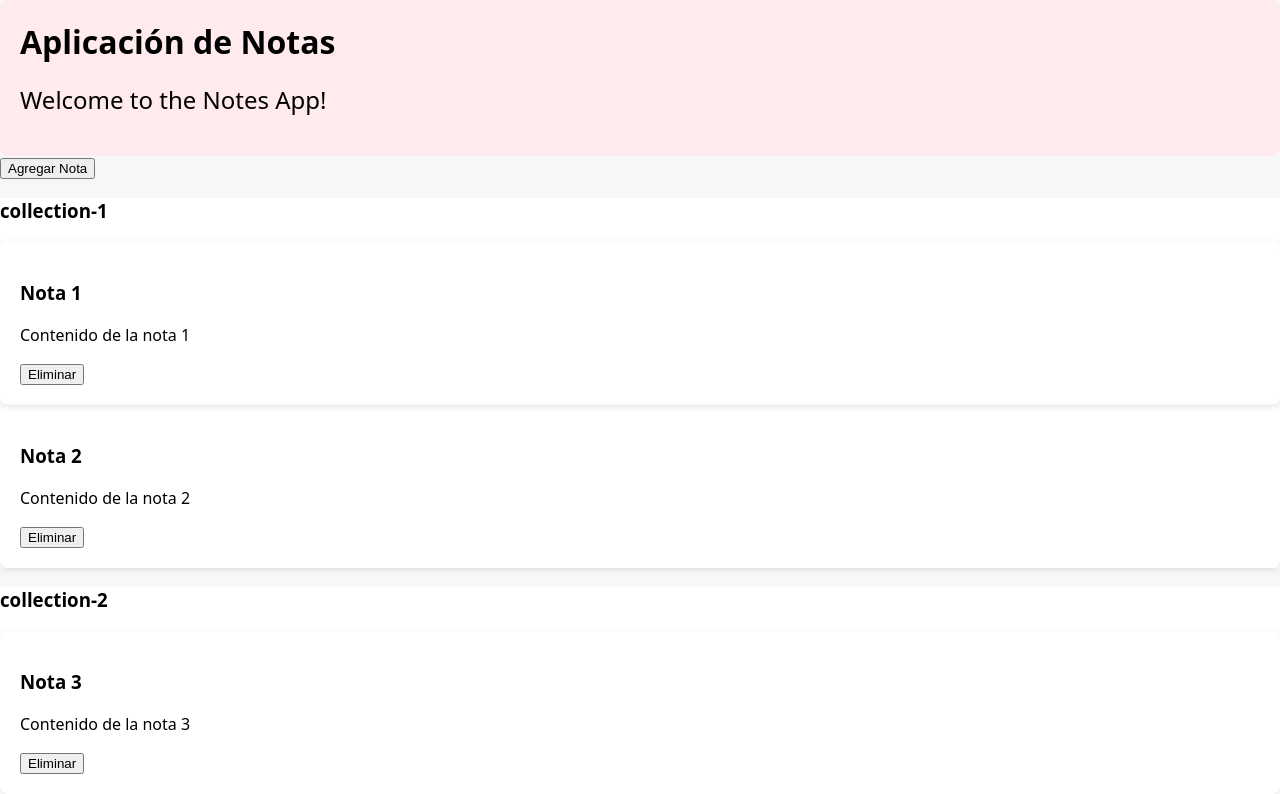
Repository: xunxuno/aplicacion_web_notas
Page: / (app in notas_web_app/)
An editor plug-in stored every save of this project. The page is shown before and after the next save, followed by the edit.
The browser window is 1280 px wide. The pictures show the whole page.
The project was rebuilt for these pictures with package versions that can differ from the ones it lists, and the page was loaded fresh each time. Also part of the build but not shown: notas_web_app/vite.config.ts, notas_web_app/src/components/NoteModal.tsx.

Above is the page before, as saved 2024-10-02 09:52:24.

### notas_web_app/src/main.tsx
import React from 'react';
import ReactDOM from 'react-dom/client'; // Cambiado a ReactDOM para el nuevo root API
import App from './App';
import { NotesProvider } from './contexts/NotesContext';

ReactDOM.createRoot(document.getElementById('root')!).render(
  <React.StrictMode>
    <NotesProvider>
      <App />
    </NotesProvider>
  </React.StrictMode>,
);

### notas_web_app/src/App.tsx
import React, { useState, useContext } from 'react';
import { NotesProvider, NotesContext } from './contexts/NotesContext';
import NoteCollection from './components/NoteCollection';
import NoteModal from './components/NoteModal';
import AppBar from './components/AppBar';
import { DndProvider } from 'react-dnd';
import { HTML5Backend } from 'react-dnd-html5-backend';
import './styles.css';

interface Note {
  id: string;
  title: string;
  content: string;
}

interface NoteCollectionInterface {
  id: string;
  notes: Note[];
}

const App: React.FC = () => {
  const [isModalOpen, setModalOpen] = useState(false);
  const [activeCollectionId, setActiveCollectionId] = useState<string | null>(null);

  const { state, dispatch } = useContext(NotesContext);

  const handleAddNote = (note: Note) => {
    if (activeCollectionId) {
      dispatch({
        type: 'ADD_NOTE',
        payload: { collectionId: activeCollectionId, note },
      });
    }
    setModalOpen(false);
  };

  const handleMoveNote = (noteId: string, targetCollectionId: string) => {
    dispatch({
      type: 'MOVE_NOTE',
      payload: { noteId, targetCollectionId },
    });
  };

  return (
    <DndProvider backend={HTML5Backend}>
      <NotesProvider>
        <div>
          <AppBar />

          <button onClick={() => setModalOpen(true)}>Agregar Nota</button>

          <div>
            {state.collections.map((collection: NoteCollectionInterface) => (
              <NoteCollection
                key={collection.id}
                collection={collection}
                onNoteClick={(noteId) => {
                  console.log('Nota ID:', noteId);
                }}
                onCollectionClick={() => setActiveCollectionId(collection.id)}
                onNoteMove={handleMoveNote}
              />
            ))}
          </div>

          {isModalOpen && (
            <NoteModal
              onClose={() => setModalOpen(false)}
              onAddNote={handleAddNote}
            />
          )}
        </div>
      </NotesProvider>
    </DndProvider>
  );
};

export default App;

### notas_web_app/src/contexts/NotesContext.tsx
import React, { createContext, useReducer, ReactNode } from 'react';


// Definir el contexto
interface Note {
  id: string;
  title: string;
  content: string;
}
interface NoteCollection {
  id: string;
  notes: Note[];
}

interface Collection {
  id: string;
  notes: Note[];
}

interface NotesState {
  collections: Collection[];
}

interface Action {
  type: string;
  payload: any;
}

interface AddNoteAction {
  type: 'ADD_NOTE';
  payload: {
    collectionId: string;
    note: Note;
  };
}

interface DeleteNoteAction {
  type: 'DELETE_NOTE';
  payload: {
    collectionId: string;
    noteId: string;
  };
}

interface MoveNoteAction {
  type: 'MOVE_NOTE';
  payload: {
    noteId: string;
    targetCollectionId: string;
  };
}
type NotesAction = AddNoteAction | DeleteNoteAction | MoveNoteAction;

const initialState: NotesState = {
  collections: [
    {
      id: 'collection-1',
      notes: [
        { id: 'note-1', title: 'Nota 1', content: 'Contenido de la nota 1' },
        { id: 'note-2', title: 'Nota 2', content: 'Contenido de la nota 2' },
      ],
    },
    {
      id: 'collection-2',
      notes: [
        { id: 'note-3', title: 'Nota 3', content: 'Contenido de la nota 3' },
      ],
    },
  ],
};

const NotesContext = createContext<any>(null);

// Reducer para manejar las acciones
const notesReducer = (state: NotesState, action: NotesAction): NotesState => {
  switch (action.type) {
    case 'ADD_NOTE':
      return {
        ...state,
        collections: state.collections.map((collection) =>
          collection.id === action.payload.collectionId
            ? { ...collection, notes: [...collection.notes, action.payload.note] }
            : collection
        ),
      };
    case 'DELETE_NOTE':
      return {
        ...state,
        collections: state.collections.map((collection) =>
          collection.id === action.payload.collectionId
            ? {
                ...collection,
                notes: collection.notes.filter((note) => note.id !== action.payload.noteId),
              }
            : collection
        ),
      };
    case 'MOVE_NOTE':
      const { noteId, targetCollectionId } = action.payload;
      const sourceCollection = state.collections.find((collection) =>
        collection.notes.some((note) => note.id === noteId)
      );
      if (!sourceCollection) return state;

      const noteToMove = sourceCollection.notes.find((note) => note.id === noteId);
      if (!noteToMove) return state;

      return {
        ...state,
        collections: state.collections.map((collection) => {
          if (collection.id === sourceCollection.id) {
            return {
              ...collection,
              notes: collection.notes.filter((note) => note.id !== noteId),
            };
          } else if (collection.id === targetCollectionId) {
            return {
              ...collection,
              notes: [...collection.notes, noteToMove],
            };
          } else {
            return collection;
          }
        }),
      };
    default:
      return state;
  }
};


// Proveedor del contexto con soporte para 'children'
interface NotesProviderProps {
  children: ReactNode; // Definir el tipo de la prop 'children'
}

const NotesProvider: React.FC<NotesProviderProps> = ({ children }) => {
  const [state, dispatch] = useReducer(notesReducer, initialState);

  return (
    <NotesContext.Provider value={{ state, dispatch }}>
      {children}
    </NotesContext.Provider>
  );
};

export { NotesContext, NotesProvider, notesReducer };

### notas_web_app/src/components/NoteCollection.tsx
// NoteCollection.tsx
import React from 'react';
import Note from './Note';
import { useDrop } from 'react-dnd';

interface NoteInterface {
  id: string;
  title: string;
  content: string;
}

interface NoteCollectionProps {
  collection: { id: string; notes: NoteInterface[] };
  onNoteClick: (noteId: string) => void;
  onCollectionClick: () => void;
  onNoteMove: (noteId: string, targetCollectionId: string) => void; // Nueva prop para mover notas
}

const NoteCollection: React.FC<NoteCollectionProps> = ({
  collection,
  onNoteClick,
  onCollectionClick,
  onNoteMove,
}) => {
  const [{ isOver }, drop] = useDrop(() => ({
    accept: 'note',
    drop: (item: { id: string }) => {
      onNoteMove(item.id, collection.id);
    },
    collect: (monitor) => ({
      isOver: !!monitor.isOver(),
    }),
  }));

  return (
    <div
      ref={drop}
      onClick={onCollectionClick}
      style={{
        cursor: 'pointer',
        backgroundColor: isOver ? 'lightgreen' : 'white',
      }}
    >
      <h3>{collection.id}</h3>
      {collection.notes.map((note) => (
        <Note key={note.id} note={note} onClick={() => onNoteClick(note.id)} onDelete={() => {/* lógica de eliminar */}} />
      ))}
    </div>
  );
};

export default NoteCollection;

### notas_web_app/src/components/AppBar.tsx
import React from 'react';


const AppBar: React.FC = () => {
  return (
    <div className="app-bar">
      <h1>Aplicación de Notas</h1>
      <h2>Welcome to the Notes App!</h2>
    </div>
  );
};

export default AppBar;

### notas_web_app/src/styles.css
body {
    font-family: 'Noto Sans', sans-serif;
    background-color: #f7f7f7;
    margin: 0;
    padding: 0;
    color: #000;
  }

  .app-bar {
    background-color: #ffebee; /* Color pastel */
    border-radius: 8px;
    margin: 0;
    padding: 20px;
  }

  h1 {
    font-weight: bold;
    margin: 0;
  }

  h2 {
    font-weight: 400;
  }

  .button-add-note {
    margin: 20px 0;
    float: right;
    background-color: #ff8a80; /* Color pastel */
    color: #fff;
    border-radius: 50%;
  }

  .modal {
    background-color: #fff;
    border-radius: 8px;
    padding: 20px;
  }

  .note {
    padding: 20px;
    border-radius: 8px;
    box-shadow: 0 2px 6px rgba(0, 0, 0, 0.1);
    transition: transform 0.3s;
  }

  .note-title {
    font-weight: 500; /* w500 */
  }

  .note-content {
    font-size: 14px; /* Tamaño de fuente legible */
  }

  .collection {
    padding: 20px;
    border-radius: 8px;
    background-color: #ffffff;
  }

  .note-panel {
    display: flex;
    flex-wrap: wrap;
    gap: 20px;
    padding: 20px;
  }

  .note-card {
    width: 150px; /* Tamaño de las notas */
    background-color: #e1bee7; /* Color pastel dinámico */
    border-radius: 8px;
    padding: 10px;
    box-shadow: 0 2px 6px rgba(0, 0, 0, 0.1);
    position: relative;
  }

  .note-card:hover {
    transform: scale(1.05);
  }

  .edit-button, .delete-button {
    position: absolute;
    top: 5px;
    right: 5px;
    background: none;
    border: none;
    cursor: pointer;
  }

  .edit-button {
    color: #4caf50;
  }

  .delete-button {
    color: #f44336;
  }

### notas_web_app/src/components/Note.tsx
// Note.tsx
import React from 'react';
import { useDrag } from 'react-dnd';

interface Note {
  id: string;
  title: string;
  content: string;
}

interface NoteProps {
  note: Note;
  onClick: () => void;
  onDelete: () => void; // Nuevo prop para eliminar
}

const Note: React.FC<NoteProps> = ({ note, onClick, onDelete }) => {
  const [{ isDragging }, drag] = useDrag(() => ({
    type: 'note',
    item: { id: note.id },
    collect: (monitor) => ({
      isDragging: !!monitor.isDragging(),
    }),
  }));

  const handleDelete = (e: React.MouseEvent) => {
    e.stopPropagation();
    onDelete();
  };

  return (
    <div
      ref={drag}
      className="note"
      onClick={onClick}
      style={{
        cursor: 'pointer',
        opacity: isDragging ? 0.5 : 1,
      }}
    >
      <h3>{note.title}</h3>
      <p>{note.content}</p>
      <button onClick={handleDelete}>Eliminar</button>
    </div>
  );
};

export default Note;

Loaded but not shown: notas_web_app/index.html (common file)

After the next save:
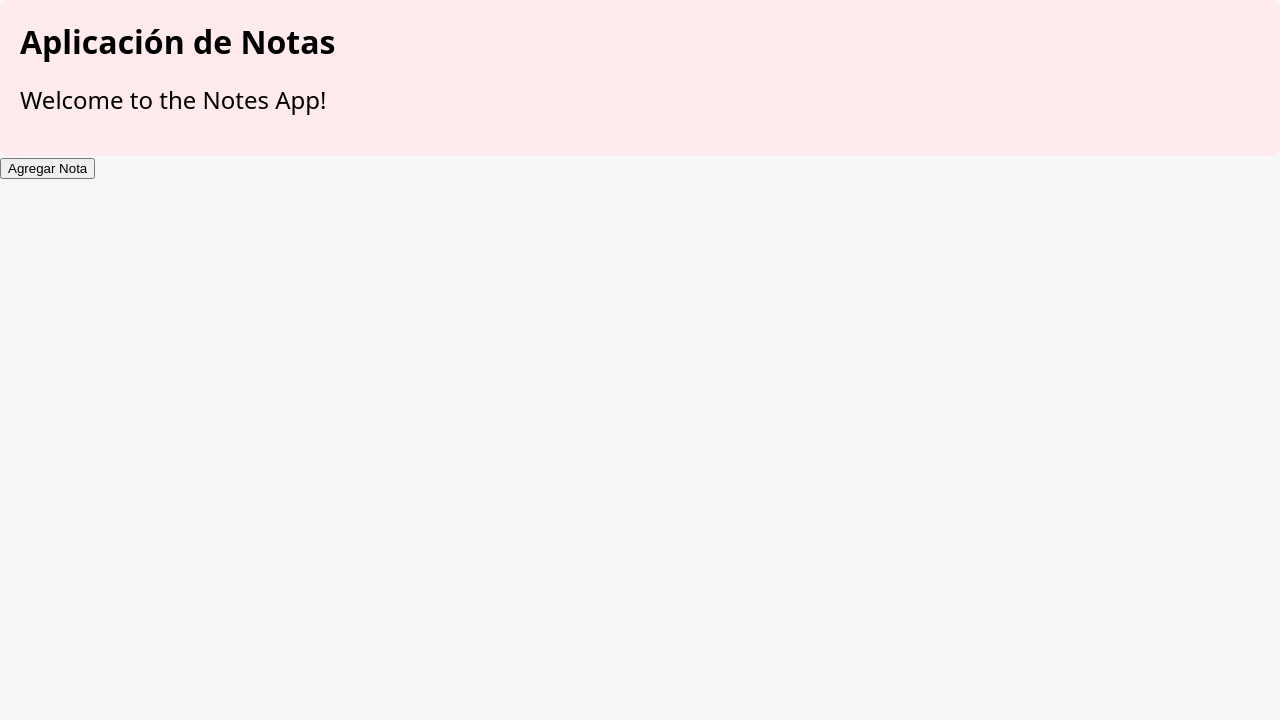
Saved 13 s later.
--- a/notas_web_app/src/contexts/NotesContext.tsx
+++ b/notas_web_app/src/contexts/NotesContext.tsx
@@ -52,21 +52,7 @@ interface MoveNoteAction {
 type NotesAction = AddNoteAction | DeleteNoteAction | MoveNoteAction;
 
 const initialState: NotesState = {
-  collections: [
-    {
-      id: 'collection-1',
-      notes: [
-        { id: 'note-1', title: 'Nota 1', content: 'Contenido de la nota 1' },
-        { id: 'note-2', title: 'Nota 2', content: 'Contenido de la nota 2' },
-      ],
-    },
-    {
-      id: 'collection-2',
-      notes: [
-        { id: 'note-3', title: 'Nota 3', content: 'Contenido de la nota 3' },
-      ],
-    },
-  ],
+  collections: [], // Colecciones vacías al inicio
 };
 
 const NotesContext = createContext<any>(null);
